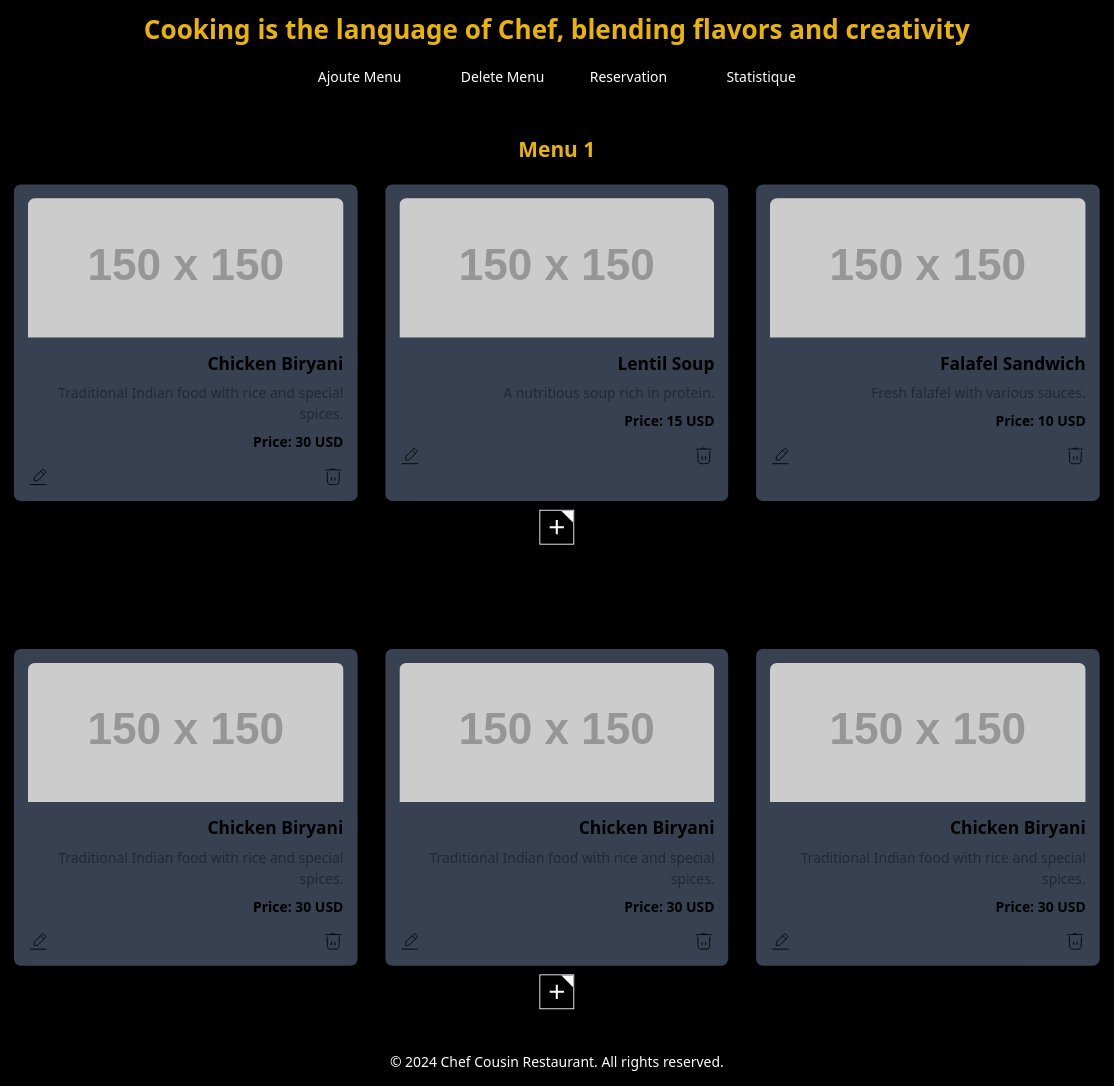
Repository: HamzaChehlaoui/Site-Web-pour-un-Chef-Cuisinier
Page: http://localhost/menu.php
The author's editor kept a copy of each file at every save. The page is drawn from the files as they stood at one save, then again after the next save.
The browser window is 1280 px wide. The pictures show the whole page, at 87% of full size.
Some web libraries are served in a nearby version. The page is run by PHP 8.4 with error messages shown; the project is at /var/www/html/.

Above is the page before, as saved 2024-12-18 15:21:57.

### menu.php
<!DOCTYPE html>
<html lang="en">
<head>
    <meta charset="UTF-8">
    <meta name="viewport" content="width=device-width, initial-scale=1.0">
    <title>Chef Cousin Menu</title>
    <link rel="stylesheet" href="style.css">
    <script src="https://cdn.tailwindcss.com"></script>
</head>
<body class="bg-black text-right font-sans">
    <!-- Header Section -->
    <header class="bg-black text-white py-4">
        <div class="container mx-auto text-center">
            <h1 class="text-3xl font-bold text-yellow-500">Cooking is the language of Chef, blending flavors and creativity</h1>
            <p class="text-xl mt-2"></p>
            <!-- Buttons in the header -->
            <div class="mt-4">
                <button class="bg-black text-white py-2 px-6 rounded-lg hover:bg-gray-800 mr-4">Ajoute Menu</button>
                <button class="bg-black text-white py-2 px-6 rounded-lg hover:bg-gray-800">Delete Menu</button></a>
               <a href="reservation.php"> <button class="bg-black text-white py-2 px-6 rounded-lg hover:bg-gray-800 mr-4">Reservation</button>
                <a href="statistique.php"><button class="bg-black text-white py-2 px-6 rounded-lg hover:bg-gray-800">Statistique</button></a>
            </div>
        </div>
    </header>
    <!-- Menu Section -->
    <section class="py-8">
        <div class="container mx-auto px-4">
            <h2 class="text-2xl font-semibold mb-6 text-center text-yellow-500">Menu 1</h2>
            <div class="grid grid-cols-1 sm:grid-cols-2 lg:grid-cols-3 gap-8">
                <!-- Dish 1 -->
                <div class="bg-gray-700 p-4 rounded-lg shadow-lg hover:shadow-xl hover:bg-[#E0E0E0] transition duration-300">
                    <img src="https://via.placeholder.com/150" alt="Dish 1" class="w-full h-40 object-cover rounded-t-lg">
                    <h3 class="text-xl font-semibold mt-4 text-black">Chicken Biryani</h3>
                    <p class="text-gray-800 mt-2">Traditional Indian food with rice and special spices.</p>
                    <p class="mt-2 font-bold text-black">Price: 30 USD</p>
                      <!-- Edit and Delete buttons -->
                    <div class="mt-4 flex justify-between">
                    <svg width="24" height="24" viewBox="0 0 24 24" fill="none" xmlns="http://www.w3.org/2000/svg">
                    <path d="M15.7734 4.42255L8.01924 12.2706C7.79291 12.4996 7.67974 12.6142 7.60917 12.7552C7.53859 12.8961 7.51521 13.0544 7.46845 13.3709L7.30803 14.4566C7.12534 15.693 7.034 16.3112 7.40145 16.6645C7.7689 17.0178 8.39306 16.9118 9.64137 16.6999L10.7375 16.5139C11.0571 16.4596 11.2168 16.4325 11.3579 16.3593C11.499 16.2861 11.6121 16.1715 11.8385 15.9425L19.5927 8.09446C20.2553 7.42379 20.5866 7.08846 20.5814 6.67712C20.5761 6.26578 20.2363 5.93906 19.5566 5.28563L18.6209 4.38599C17.9412 3.73256 17.6014 3.40584 17.1844 3.4112C16.7674 3.41655 16.4361 3.75188 15.7734 4.42255Z" stroke="black" stroke-width="null" class="my-path"></path>
                    <path d="M18.3329 9.22206L14.7773 5.6665" stroke="black" stroke-width="null" class="my-path"></path>
                    <path d="M21 21H3" stroke="black" stroke-width="null" stroke-linecap="round" class="my-path"></path>
                    </svg>
                    <!-- delete  -->
                    <svg width="24" height="24" viewBox="0 0 24 24" fill="none" xmlns="http://www.w3.org/2000/svg">
                    <path d="M5 7L5.29949 14.7868C5.41251 17.7252 5.46902 19.1944 6.40719 20.0972C7.34537 21 8.81543 21 11.7555 21H12.2433C15.1842 21 16.6547 21 17.5928 20.0972C18.531 19.1944 18.5875 17.7252 18.7006 14.7868L19 7" stroke="black" stroke-width="null" stroke-linecap="round" class="my-path"></path>
                    <path d="M10 13V16" stroke="black" stroke-width="null" stroke-linecap="round" class="my-path"></path>
                    <path d="M14 13V16" stroke="black" stroke-width="null" stroke-linecap="round" class="my-path"></path>
                    <path d="M20.4706 4.43329C18.6468 4.27371 17.735 4.19392 16.8229 4.13611C13.6109 3.93249 10.3891 3.93249 7.17707 4.13611C6.26506 4.19392 5.35318 4.27371 3.52942 4.43329" stroke="black" stroke-width="null" stroke-linecap="round" class="my-path"></path>
                    <path d="M13.7647 3.95212C13.7647 3.95212 13.3993 2.98339 11.6471 2.9834C9.8949 2.9834 9.52942 3.95211 9.52942 3.95211" stroke="black" stroke-width="null" stroke-linecap="round" class="my-path"></path>
                    </svg>
                    </div>
                </div>
                <!-- Dish 2 -->
                <div class="bg-gray-700 p-4 rounded-lg shadow-lg hover:shadow-xl hover:bg-[#E0E0E0] transition duration-300">
                    <img src="https://via.placeholder.com/150" alt="Dish 2" class="w-full h-40 object-cover rounded-t-lg">
                    <h3 class="text-xl font-semibold mt-4 text-black">Lentil Soup</h3>
                    <p class="text-gray-800 mt-2">A nutritious soup rich in protein.</p>
                    <p class="mt-2 font-bold text-black">Price: 15 USD</p>
                      <!-- Edit and Delete buttons -->
                    <div class="mt-4 flex justify-between">
                    <svg width="24" height="24" viewBox="0 0 24 24" fill="none" xmlns="http://www.w3.org/2000/svg">
                    <path d="M15.7734 4.42255L8.01924 12.2706C7.79291 12.4996 7.67974 12.6142 7.60917 12.7552C7.53859 12.8961 7.51521 13.0544 7.46845 13.3709L7.30803 14.4566C7.12534 15.693 7.034 16.3112 7.40145 16.6645C7.7689 17.0178 8.39306 16.9118 9.64137 16.6999L10.7375 16.5139C11.0571 16.4596 11.2168 16.4325 11.3579 16.3593C11.499 16.2861 11.6121 16.1715 11.8385 15.9425L19.5927 8.09446C20.2553 7.42379 20.5866 7.08846 20.5814 6.67712C20.5761 6.26578 20.2363 5.93906 19.5566 5.28563L18.6209 4.38599C17.9412 3.73256 17.6014 3.40584 17.1844 3.4112C16.7674 3.41655 16.4361 3.75188 15.7734 4.42255Z" stroke="black" stroke-width="null" class="my-path"></path>
                    <path d="M18.3329 9.22206L14.7773 5.6665" stroke="black" stroke-width="null" class="my-path"></path>
                    <path d="M21 21H3" stroke="black" stroke-width="null" stroke-linecap="round" class="my-path"></path>
                    </svg>
                    <!-- delete  -->
                    <svg width="24" height="24" viewBox="0 0 24 24" fill="none" xmlns="http://www.w3.org/2000/svg">
                    <path d="M5 7L5.29949 14.7868C5.41251 17.7252 5.46902 19.1944 6.40719 20.0972C7.34537 21 8.81543 21 11.7555 21H12.2433C15.1842 21 16.6547 21 17.5928 20.0972C18.531 19.1944 18.5875 17.7252 18.7006 14.7868L19 7" stroke="black" stroke-width="null" stroke-linecap="round" class="my-path"></path>
                    <path d="M10 13V16" stroke="black" stroke-width="null" stroke-linecap="round" class="my-path"></path>
                    <path d="M14 13V16" stroke="black" stroke-width="null" stroke-linecap="round" class="my-path"></path>
                    <path d="M20.4706 4.43329C18.6468 4.27371 17.735 4.19392 16.8229 4.13611C13.6109 3.93249 10.3891 3.93249 7.17707 4.13611C6.26506 4.19392 5.35318 4.27371 3.52942 4.43329" stroke="black" stroke-width="null" stroke-linecap="round" class="my-path"></path>
                    <path d="M13.7647 3.95212C13.7647 3.95212 13.3993 2.98339 11.6471 2.9834C9.8949 2.9834 9.52942 3.95211 9.52942 3.95211" stroke="black" stroke-width="null" stroke-linecap="round" class="my-path"></path>
                    </svg>
                    </div>
                </div>
                <!-- Dish 3 -->
                <div class="bg-gray-700 p-4 rounded-lg shadow-lg hover:shadow-xl hover:bg-[#E0E0E0] transition duration-300">
                    <img src="https://via.placeholder.com/150" alt="Dish 3" class="w-full h-40 object-cover rounded-t-lg">
                    <h3 class="text-xl font-semibold mt-4 text-black">Falafel Sandwich</h3>
                    <p class="text-gray-800 mt-2">Fresh falafel with various sauces.</p>
                    <p class="mt-2 font-bold text-black">Price: 10 USD</p>
                       <!-- Edit and Delete buttons -->
                    <div class="mt-4 flex justify-between">
                        <!-- edit  -->
                    <svg width="24" height="24" viewBox="0 0 24 24" fill="none" xmlns="http://www.w3.org/2000/svg">
                    <path d="M15.7734 4.42255L8.01924 12.2706C7.79291 12.4996 7.67974 12.6142 7.60917 12.7552C7.53859 12.8961 7.51521 13.0544 7.46845 13.3709L7.30803 14.4566C7.12534 15.693 7.034 16.3112 7.40145 16.6645C7.7689 17.0178 8.39306 16.9118 9.64137 16.6999L10.7375 16.5139C11.0571 16.4596 11.2168 16.4325 11.3579 16.3593C11.499 16.2861 11.6121 16.1715 11.8385 15.9425L19.5927 8.09446C20.2553 7.42379 20.5866 7.08846 20.5814 6.67712C20.5761 6.26578 20.2363 5.93906 19.5566 5.28563L18.6209 4.38599C17.9412 3.73256 17.6014 3.40584 17.1844 3.4112C16.7674 3.41655 16.4361 3.75188 15.7734 4.42255Z" stroke="black" stroke-width="null" class="my-path"></path>
                    <path d="M18.3329 9.22206L14.7773 5.6665" stroke="black" stroke-width="null" class="my-path"></path>
                    <path d="M21 21H3" stroke="black" stroke-width="null" stroke-linecap="round" class="my-path"></path>
                    </svg>
                    <!-- delete  -->
                    <svg width="24" height="24" viewBox="0 0 24 24" fill="none" xmlns="http://www.w3.org/2000/svg">
                    <path d="M5 7L5.29949 14.7868C5.41251 17.7252 5.46902 19.1944 6.40719 20.0972C7.34537 21 8.81543 21 11.7555 21H12.2433C15.1842 21 16.6547 21 17.5928 20.0972C18.531 19.1944 18.5875 17.7252 18.7006 14.7868L19 7" stroke="black" stroke-width="null" stroke-linecap="round" class="my-path"></path>
                    <path d="M10 13V16" stroke="black" stroke-width="null" stroke-linecap="round" class="my-path"></path>
                    <path d="M14 13V16" stroke="black" stroke-width="null" stroke-linecap="round" class="my-path"></path>
                    <path d="M20.4706 4.43329C18.6468 4.27371 17.735 4.19392 16.8229 4.13611C13.6109 3.93249 10.3891 3.93249 7.17707 4.13611C6.26506 4.19392 5.35318 4.27371 3.52942 4.43329" stroke="black" stroke-width="null" stroke-linecap="round" class="my-path"></path>
                    <path d="M13.7647 3.95212C13.7647 3.95212 13.3993 2.98339 11.6471 2.9834C9.8949 2.9834 9.52942 3.95211 9.52942 3.95211" stroke="black" stroke-width="null" stroke-linecap="round" class="my-path"></path>
                    </svg>
                    </div>
                </div>
                </div>
            </div>
        </div>
         <!-- /* From Uiverse.io by OnCloud125252 */  -->

         <div tabindex="0" class="plusButton m-[auto] mt-[10px]">
        <svg class="plusIcon" xmlns="http://www.w3.org/2000/svg" viewBox="0 0 30 30">
            <g mask="url(#mask0_21_345)">
            <path d="M13.75 23.75V16.25H6.25V13.75H13.75V6.25H16.25V13.75H23.75V16.25H16.25V23.75H13.75Z"></path>
            </g>
        </svg>
</div>
    </section>

    <!-- Menu Section -->
    <section class="py-8">
        <div class="container mx-auto px-4">
            <h2 class="text-2xl font-semibold mb-6 text-center text-black">Menu 2</h2>
            <div class="grid grid-cols-1 sm:grid-cols-2 lg:grid-cols-3 gap-8">
                <!-- Repeat the dishes here with Edit and Delete buttons -->
                <div class="bg-gray-700 p-4 rounded-lg shadow-lg hover:shadow-xl hover:bg-[#E0E0E0] transition duration-300">
                    <img src="https://via.placeholder.com/150" alt="Dish 1" class="w-full h-40 object-cover rounded-t-lg">
                    <h3 class="text-xl font-semibold mt-4 text-black">Chicken Biryani</h3>
                    <p class="text-gray-800 mt-2">Traditional Indian food with rice and special spices.</p>
                    <p class="mt-2 font-bold text-black">Price: 30 USD</p>
                      <!-- Edit and Delete buttons -->
                    <div class="mt-4 flex justify-between">
                        <!-- edit  -->
                    <svg width="24" height="24" viewBox="0 0 24 24" fill="none" xmlns="http://www.w3.org/2000/svg">
                    <path d="M15.7734 4.42255L8.01924 12.2706C7.79291 12.4996 7.67974 12.6142 7.60917 12.7552C7.53859 12.8961 7.51521 13.0544 7.46845 13.3709L7.30803 14.4566C7.12534 15.693 7.034 16.3112 7.40145 16.6645C7.7689 17.0178 8.39306 16.9118 9.64137 16.6999L10.7375 16.5139C11.0571 16.4596 11.2168 16.4325 11.3579 16.3593C11.499 16.2861 11.6121 16.1715 11.8385 15.9425L19.5927 8.09446C20.2553 7.42379 20.5866 7.08846 20.5814 6.67712C20.5761 6.26578 20.2363 5.93906 19.5566 5.28563L18.6209 4.38599C17.9412 3.73256 17.6014 3.40584 17.1844 3.4112C16.7674 3.41655 16.4361 3.75188 15.7734 4.42255Z" stroke="black" stroke-width="null" class="my-path"></path>
                    <path d="M18.3329 9.22206L14.7773 5.6665" stroke="black" stroke-width="null" class="my-path"></path>
                    <path d="M21 21H3" stroke="black" stroke-width="null" stroke-linecap="round" class="my-path"></path>
                    </svg>
                    <!-- delete  -->
                    <svg width="24" height="24" viewBox="0 0 24 24" fill="none" xmlns="http://www.w3.org/2000/svg">
                    <path d="M5 7L5.29949 14.7868C5.41251 17.7252 5.46902 19.1944 6.40719 20.0972C7.34537 21 8.81543 21 11.7555 21H12.2433C15.1842 21 16.6547 21 17.5928 20.0972C18.531 19.1944 18.5875 17.7252 18.7006 14.7868L19 7" stroke="black" stroke-width="null" stroke-linecap="round" class="my-path"></path>
                    <path d="M10 13V16" stroke="black" stroke-width="null" stroke-linecap="round" class="my-path"></path>
                    <path d="M14 13V16" stroke="black" stroke-width="null" stroke-linecap="round" class="my-path"></path>
                    <path d="M20.4706 4.43329C18.6468 4.27371 17.735 4.19392 16.8229 4.13611C13.6109 3.93249 10.3891 3.93249 7.17707 4.13611C6.26506 4.19392 5.35318 4.27371 3.52942 4.43329" stroke="black" stroke-width="null" stroke-linecap="round" class="my-path"></path>
                    <path d="M13.7647 3.95212C13.7647 3.95212 13.3993 2.98339 11.6471 2.9834C9.8949 2.9834 9.52942 3.95211 9.52942 3.95211" stroke="black" stroke-width="null" stroke-linecap="round" class="my-path"></path>
                    </svg>
                    </div>
                </div>
                <!-- Dish 1 -->
                <div class="bg-gray-700 p-4 rounded-lg shadow-lg hover:shadow-xl hover:bg-[#E0E0E0] transition duration-300">
                    <img src="https://via.placeholder.com/150" alt="Dish 1" class="w-full h-40 object-cover rounded-t-lg">
                    <h3 class="text-xl font-semibold mt-4 text-black">Chicken Biryani</h3>
                    <p class="text-gray-800 mt-2">Traditional Indian food with rice and special spices.</p>
                    <p class="mt-2 font-bold text-black">Price: 30 USD</p>
                      <!-- Edit and Delete buttons -->
                    <div class="mt-4 flex justify-between">
                    <svg width="24" height="24" viewBox="0 0 24 24" fill="none" xmlns="http://www.w3.org/2000/svg">
                    <path d="M15.7734 4.42255L8.01924 12.2706C7.79291 12.4996 7.67974 12.6142 7.60917 12.7552C7.53859 12.8961 7.51521 13.0544 7.46845 13.3709L7.30803 14.4566C7.12534 15.693 7.034 16.3112 7.40145 16.6645C7.7689 17.0178 8.39306 16.9118 9.64137 16.6999L10.7375 16.5139C11.0571 16.4596 11.2168 16.4325 11.3579 16.3593C11.499 16.2861 11.6121 16.1715 11.8385 15.9425L19.5927 8.09446C20.2553 7.42379 20.5866 7.08846 20.5814 6.67712C20.5761 6.26578 20.2363 5.93906 19.5566 5.28563L18.6209 4.38599C17.9412 3.73256 17.6014 3.40584 17.1844 3.4112C16.7674 3.41655 16.4361 3.75188 15.7734 4.42255Z" stroke="black" stroke-width="null" class="my-path"></path>
                    <path d="M18.3329 9.22206L14.7773 5.6665" stroke="black" stroke-width="null" class="my-path"></path>
                    <path d="M21 21H3" stroke="black" stroke-width="null" stroke-linecap="round" class="my-path"></path>
                    </svg>
                    <!-- delete  -->
                    <svg width="24" height="24" viewBox="0 0 24 24" fill="none" xmlns="http://www.w3.org/2000/svg">
                    <path d="M5 7L5.29949 14.7868C5.41251 17.7252 5.46902 19.1944 6.40719 20.0972C7.34537 21 8.81543 21 11.7555 21H12.2433C15.1842 21 16.6547 21 17.5928 20.0972C18.531 19.1944 18.5875 17.7252 18.7006 14.7868L19 7" stroke="black" stroke-width="null" stroke-linecap="round" class="my-path"></path>
                    <path d="M10 13V16" stroke="black" stroke-width="null" stroke-linecap="round" class="my-path"></path>
                    <path d="M14 13V16" stroke="black" stroke-width="null" stroke-linecap="round" class="my-path"></path>
                    <path d="M20.4706 4.43329C18.6468 4.27371 17.735 4.19392 16.8229 4.13611C13.6109 3.93249 10.3891 3.93249 7.17707 4.13611C6.26506 4.19392 5.35318 4.27371 3.52942 4.43329" stroke="black" stroke-width="null" stroke-linecap="round" class="my-path"></path>
                    <path d="M13.7647 3.95212C13.7647 3.95212 13.3993 2.98339 11.6471 2.9834C9.8949 2.9834 9.52942 3.95211 9.52942 3.95211" stroke="black" stroke-width="null" stroke-linecap="round" class="my-path"></path>
                    </svg>  </div>
                </div>
            <!-- Dish 1 -->
            <div class="bg-gray-700 p-4 rounded-lg shadow-lg hover:shadow-xl hover:bg-[#E0E0E0] transition duration-300">
                    <img src="https://via.placeholder.com/150" alt="Dish 1" class="w-full h-40 object-cover rounded-t-lg">
                    <h3 class="text-xl font-semibold mt-4 text-black">Chicken Biryani</h3>
                    <p class="text-gray-800 mt-2">Traditional Indian food with rice and special spices.</p>
                    <p class="mt-2 font-bold text-black">Price: 30 USD</p>
                      <!-- Edit and Delete buttons -->
                    <div class="mt-4 flex justify-between">
                    <svg width="24" height="24" viewBox="0 0 24 24" fill="none" xmlns="http://www.w3.org/2000/svg">
                    <path d="M15.7734 4.42255L8.01924 12.2706C7.79291 12.4996 7.67974 12.6142 7.60917 12.7552C7.53859 12.8961 7.51521 13.0544 7.46845 13.3709L7.30803 14.4566C7.12534 15.693 7.034 16.3112 7.40145 16.6645C7.7689 17.0178 8.39306 16.9118 9.64137 16.6999L10.7375 16.5139C11.0571 16.4596 11.2168 16.4325 11.3579 16.3593C11.499 16.2861 11.6121 16.1715 11.8385 15.9425L19.5927 8.09446C20.2553 7.42379 20.5866 7.08846 20.5814 6.67712C20.5761 6.26578 20.2363 5.93906 19.5566 5.28563L18.6209 4.38599C17.9412 3.73256 17.6014 3.40584 17.1844 3.4112C16.7674 3.41655 16.4361 3.75188 15.7734 4.42255Z" stroke="black" stroke-width="null" class="my-path"></path>
                    <path d="M18.3329 9.22206L14.7773 5.6665" stroke="black" stroke-width="null" class="my-path"></path>
                    <path d="M21 21H3" stroke="black" stroke-width="null" stroke-linecap="round" class="my-path"></path>
                    </svg>
                    <!-- delete  -->
                    <svg width="24" height="24" viewBox="0 0 24 24" fill="none" xmlns="http://www.w3.org/2000/svg">
                    <path d="M5 7L5.29949 14.7868C5.41251 17.7252 5.46902 19.1944 6.40719 20.0972C7.34537 21 8.81543 21 11.7555 21H12.2433C15.1842 21 16.6547 21 17.5928 20.0972C18.531 19.1944 18.5875 17.7252 18.7006 14.7868L19 7" stroke="black" stroke-width="null" stroke-linecap="round" class="my-path"></path>
                    <path d="M10 13V16" stroke="black" stroke-width="null" stroke-linecap="round" class="my-path"></path>
                    <path d="M14 13V16" stroke="black" stroke-width="null" stroke-linecap="round" class="my-path"></path>
                    <path d="M20.4706 4.43329C18.6468 4.27371 17.735 4.19392 16.8229 4.13611C13.6109 3.93249 10.3891 3.93249 7.17707 4.13611C6.26506 4.19392 5.35318 4.27371 3.52942 4.43329" stroke="black" stroke-width="null" stroke-linecap="round" class="my-path"></path>
                    <path d="M13.7647 3.95212C13.7647 3.95212 13.3993 2.98339 11.6471 2.9834C9.8949 2.9834 9.52942 3.95211 9.52942 3.95211" stroke="black" stroke-width="null" stroke-linecap="round" class="my-path"></path>
                    </svg>  </div>
                </div>
            </div>
            <!-- /* From Uiverse.io by OnCloud125252 */  -->

        <div tabindex="0" class="plusButton m-[auto] mt-[10px]">
        <svg class="plusIcon" xmlns="http://www.w3.org/2000/svg" viewBox="0 0 30 30">
            <g mask="url(#mask0_21_345)">
            <path d="M13.75 23.75V16.25H6.25V13.75H13.75V6.25H16.25V13.75H23.75V16.25H16.25V23.75H13.75Z"></path>
            </g>
        </svg>
</div>
        </div>
    </section>

    <!-- Footer -->
    <footer class="bg-black text-white py-4">
        <div class="container mx-auto text-center">
            <p>&copy; 2024 Chef Cousin Restaurant. All rights reserved.</p>
        </div>
    </footer>

</body>
</html>

### style.css
/* From Uiverse.io by OnCloud125252 */
/* Note that you only needs to edit the config to customize the button! */

.plusButton {
    /* Config start */
    --plus_sideLength: 2.5rem;
    --plus_topRightTriangleSideLength: 0.9rem;
    /* Config end */
    position: relative;
    display: flex;
    justify-content: center;
    align-items: center;
    border: 1px solid white;
    width: var(--plus_sideLength);
    height: var(--plus_sideLength);
    background-color: #000000;
    overflow: hidden;
  }

  .plusButton::before {
    position: absolute;
    content: "";
    top: 0;
    right: 0;
    width: 0;
    height: 0;
    border-width: 0 var(--plus_topRightTriangleSideLength) var(--plus_topRightTriangleSideLength) 0;
    border-style: solid;
    border-color: transparent white transparent transparent;
    transition-timing-function: ease-in-out;
    transition-duration: 0.2s;
  }

  .plusButton:hover {
    cursor: pointer;
  }

  .plusButton:hover::before {
    --plus_topRightTriangleSideLength: calc(var(--plus_sideLength) * 2);
  }

  .plusButton:focus-visible::before {
    --plus_topRightTriangleSideLength: calc(var(--plus_sideLength) * 2);
  }

  .plusButton>.plusIcon {
    fill: white;
    width: calc(var(--plus_sideLength) * 0.7);
    height: calc(var(--plus_sideLength) * 0.7);
    z-index: 1;
    transition-timing-function: ease-in-out;
    transition-duration: 0.2s;
  }

  .plusButton:hover>.plusIcon {
    fill: black;
    transform: rotate(180deg);
  }

  .plusButton:focus-visible>.plusIcon {
    fill: black;
    transform: rotate(180deg);
  }

After the next save:
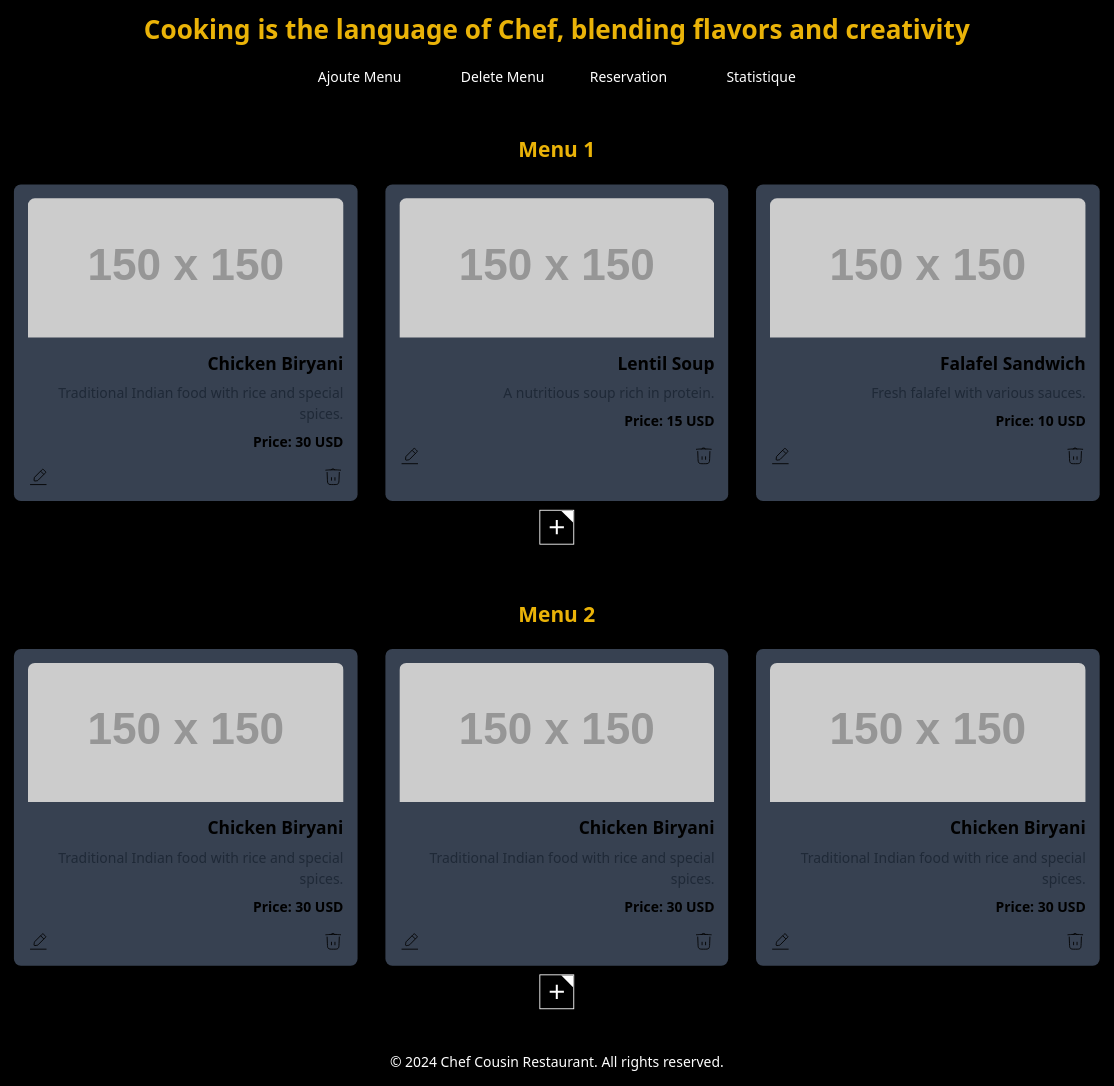
Saved 9 s later.
--- a/menu.php
+++ b/menu.php
@@ -114,7 +114,7 @@
     <!-- Menu Section -->
     <section class="py-8">
         <div class="container mx-auto px-4">
-            <h2 class="text-2xl font-semibold mb-6 text-center text-black">Menu 2</h2>
+            <h2 class="text-2xl font-semibold mb-6 text-center text-yellow-500">Menu 2</h2>
             <div class="grid grid-cols-1 sm:grid-cols-2 lg:grid-cols-3 gap-8">
                 <!-- Repeat the dishes here with Edit and Delete buttons -->
                 <div class="bg-gray-700 p-4 rounded-lg shadow-lg hover:shadow-xl hover:bg-[#E0E0E0] transition duration-300">
